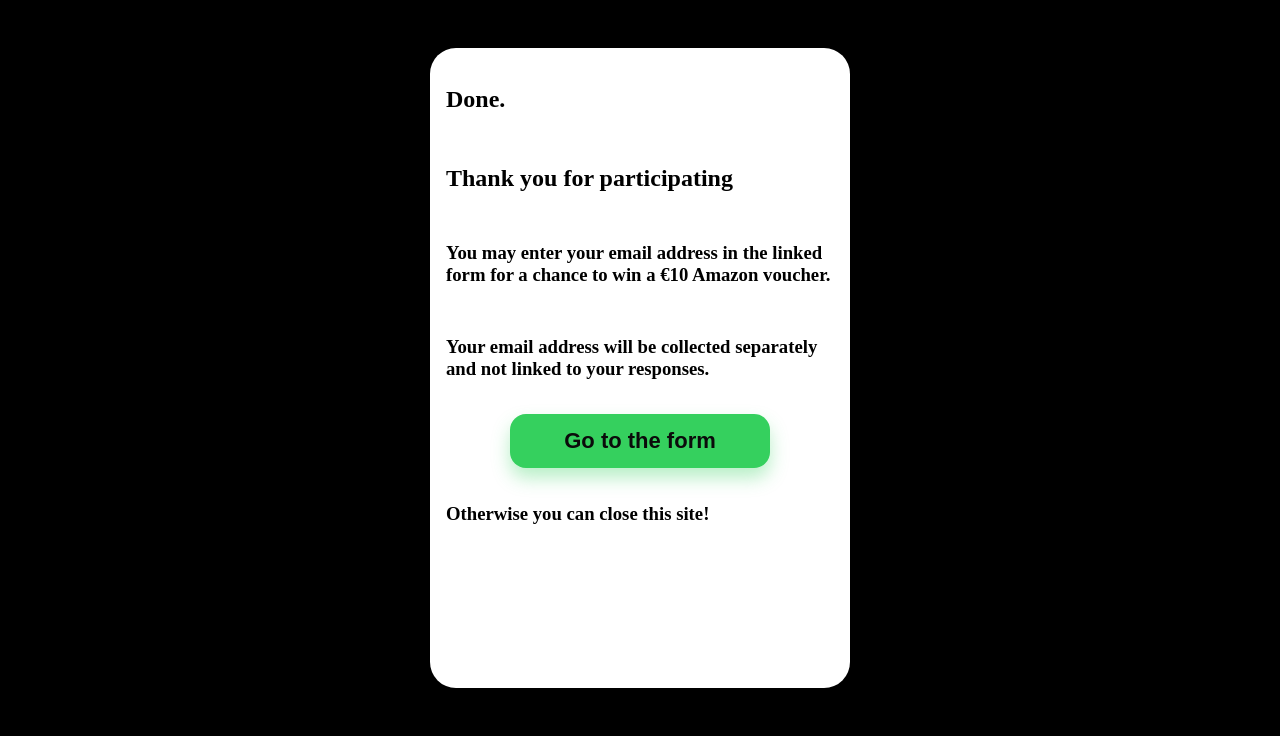
Repository: alexibri/ba_decision_study
Page: /end
These files come from the project's save history. The page is drawn as it stood at one moment and after the next save; the edit follows.
The browser window is 1280 px wide. The pictures show the whole page.
The page's requests for data from a server got no answer. The project was rebuilt for these pictures with package versions that can differ from the ones it lists, and the page was loaded fresh each time. No one was signed in, and anything a server would have sent is missing. Also part of the build but not shown: vite.config.js, src/lib/assignment/group.js, src/lib/db/supabase-client.js, src/lib/db/runs.js, src/pages/Start.jsx, src/lib/db/responses.js, src/lib/hooks/useResponseTracker.js, src/scenarios/Scenario1/S1Dark1.jsx and 10 more.

Above is the page before, as saved 2026-02-11 16:48:01.

After the next save:
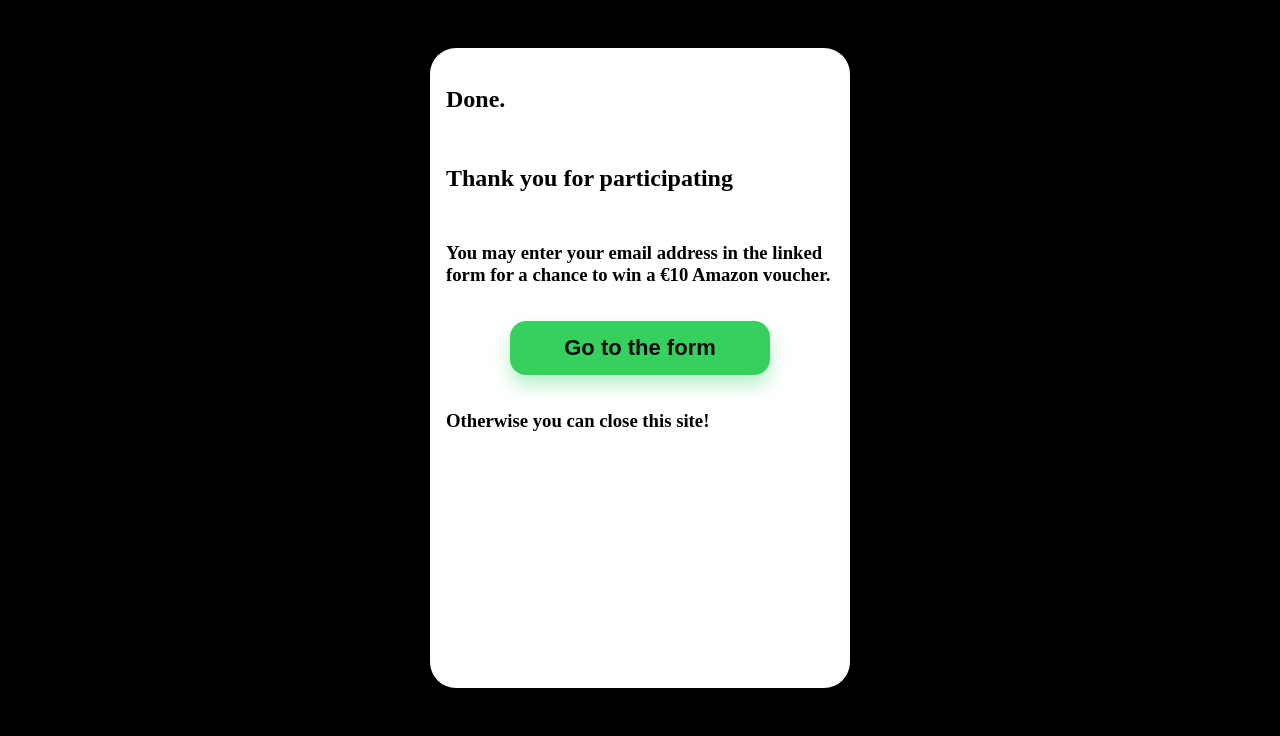
Saved 40 s later.
--- a/src/pages/End.jsx
+++ b/src/pages/End.jsx
@@ -13,7 +13,6 @@ export default function End() {
                     <h2>Done.</h2>
                     <h2>Thank you for participating</h2>
                     <h3>You may enter your email address in the linked form for a chance to win a €10 Amazon voucher.</h3>
-                    <h3>Your email address will be collected separately and not linked to your responses.</h3>
                     <div className="stack">
 
                         <div className="s1buttonPopUp">
